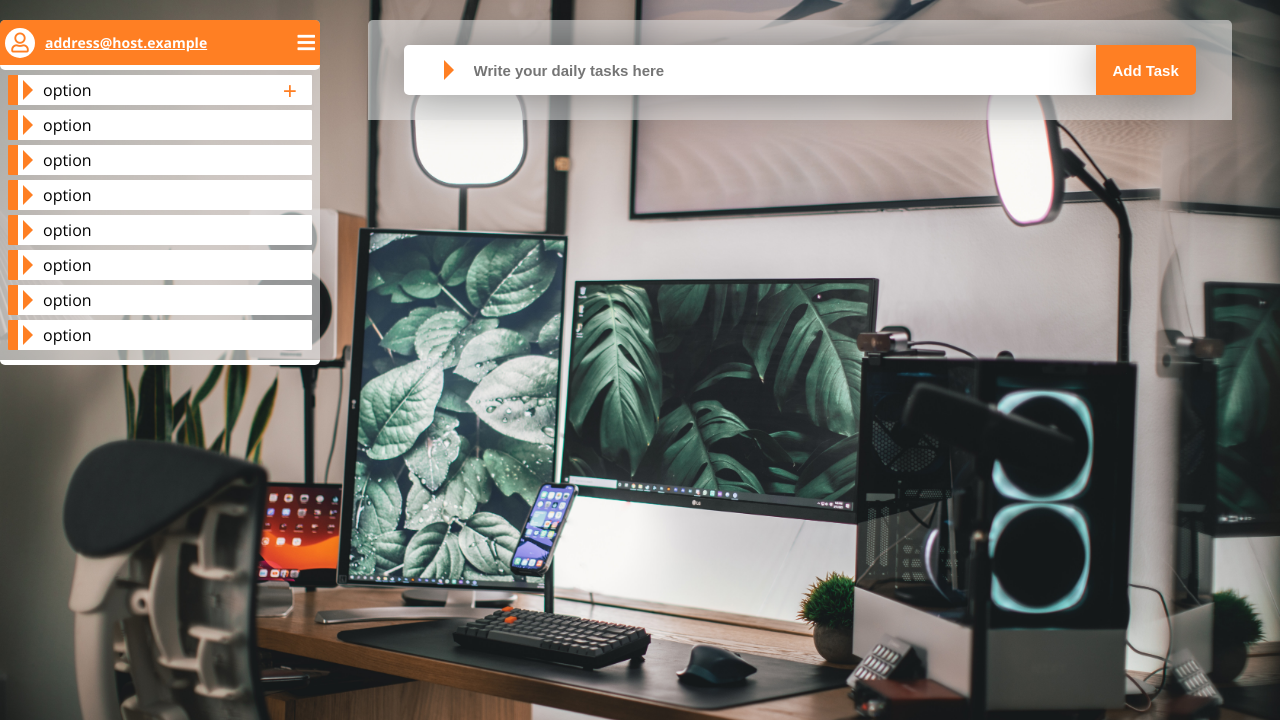
Repository: OmarEssameldinMousa/To-do-list-level01
Page: index.html
An editor plug-in stored every save of this project. The page is shown before and after the next save, followed by the edit.
The browser window is 1280 px wide. The pictures show the whole page.

Above is the page before, as saved 2023-08-10 00:28:02.

### index.html
<!DOCTYPE html>
<html lang="en">

<head>
    <meta charset="UTF-8">
    <meta name="viewport" content="width=device-width, initial-scale=1.0">
    <title>ToDo</title>
    <link rel="stylesheet" href="main.css">
    <link rel="preconnect" href="https://fonts.gstatic.com" />
    <link rel="stylesheet" href="css/all.min.css">
    <link href="https://fonts.googleapis.com/css2?family=Open+Sans:wght@400;700&display=swap" rel="stylesheet" />
</head>

<body>
    <div class="dashboard">
        <div class="nav">
            <div class="navigation">
                <div class="profile">
                    <div class="profile-pic">
                        <i class="fa-regular fa-user"></i>
                    </div>
                    <h3>address@host.example</h3>
                    <i class="fa-solid fa-bars" style="color: #ffffff;"></i>
                    <!-- <i class="fa-solid fa-bars second" style="color: #ffffff;"></i> -->
                    <!-- <i class="fa-solid fa-arrow-right" style="color: #ffffff;"></i>
                    <i class="fa-solid fa-arrow-left" style="color: #ffffff;"></i> -->
                </div>
                <ul>
                    <li>
                        <span class="toggle"></span>
                        <span class="title">option</span>
                        <i class="fa-solid fa-plus"></i>
                    </li>
                    <li>
                        <span class="toggle"></span>
                        <span class="title">option</span>
                    </li>
                    <li>
                        <span class="toggle"></span>
                        <span class="title">option</span>
                    </li>
                    <li>
                        <span class="toggle"></span>
                        <span class="title">option</span>
                    </li>
                    <li>
                        <span class="toggle"></span>
                        <span class="title">option</span>
                    </li>
                    <li>
                        <span class="toggle"></span>
                        <span class="title">option</span>
                    </li>
                    <li>
                        <span class="toggle"></span>
                        <span class="title">option</span>
                    </li>
                    <li>
                        <span class="toggle"></span>
                        <span class="title">option</span>
                    </li>
                </ul>
            </div>
        </div>
        <div class="workstation">
            <div class="container">
                <div class="form">
                    <div>
                        <span></span>
                        <input type="text" class="input" placeholder="Write your daily tasks here">
                    </div>
                    <input type="submit" class="add" value="Add Task">
                </div>
                <!-- separator -->
                <div class="tasks">
                    <div class="tasks-numbers">

                    </div>
                    <div class="tasks-container">

                    </div>
                </div>
            </div>
        </div>
    </div>
    <script src="main.js"></script>
</body>

</html>

### main.css
:root {
    --main-color: rgba(235, 235, 235, 0.6);
    --secondery-color: #ff7f23;
}

* {
    -webkit-box-sizing: border-box;
    -moz-box-sizing: border-box;
    box-sizing: border-box;
    padding: 0;
    margin: 0;
}

body {
    font-family: "Open Sans", sans-serif;
    background-image: url(backgroundimage.jpg);
    background-repeat: no-repeat;
    background-size: cover;
    position: relative;
    height: 100%;
}


ul {
    list-style: none;
}


.dashboard {
    display: flex;
    height: 100%;
    width: 100%;
    column-gap: 0px;
}

.nav {
    width: 25%;
    height: 100%;
    position: relative;
    margin-top: 20px;
    border-radius: 5px;
}

.nav .navigation {
    height: 100%;
    width: 100%;
    background: var(--main-color);
    border-radius: 5px;
    border-bottom: 5px solid white;
}

.nav .navigation .profile {
    width: 100%;
    height: 50px;
    background-color: var(--secondery-color);
    display: flex;
    align-items: center;
    border-bottom: 5px solid white;
    border-radius: 5px;
}

.nav .navigation .profile .profile-pic {
    border-radius: 50%;
    background-color: white;
    height: 30px;
    width: 30px;
    display: flex;
    align-items: center;
    justify-content: center;
    margin-left: 5px;
}

.nav .navigation .profile i {
    font-size: 20px;
    color: var(--secondery-color);
}

.nav .navigation .profile h3 {
    font-size: 14px;
    padding-left: 10px;
    text-decoration: underline;
    color: white;
}

.nav .navigation ul {
    width: 95%;
    margin: auto;
    margin-top: 5px;
    padding-bottom: 5px;
    position: relative;
    top: -100%;
    transition: display 0.3s ease-in-out;
}

.nav .navigation ul li {
    padding: 5px;
    height: 30px;
    background-color: white;
    margin-bottom: 5px;
    border-radius: 1px;
    border-left: 10px solid #ff7f23;
    display: flex;
    align-items: center;
    transition: 0.3s;
}


.nav .navigation ul li:hover .toggle {
    padding-left: 10px;
}

.fa-solid.fa-plus {
    position: absolute;
    right: 15px;
    font-size: 25px;
    color: #ff7f23;
    font-weight: bold;
}

li .toggle {
    border: 10px solid var(--secondery-color);
    border-color: transparent transparent transparent #ff7f23;
    transition: 0.3s;
}

.workstation {
    height: 100%;
    position: relative;
    flex: 1;
}

.container {
    width: 100%;
    min-height: 50px;
    background-color: transparent;
    z-index: 1;
    position: absolute;
}

.container .form {
    width: 90%;
    height: 100px;
    background-color: var(--main-color);
    margin: 20px auto;
    border-top-right-radius: 5px;
    border-top-left-radius: 5px;
    text-align: center;
    position: relative;
    display: flex;
    justify-content: center;
    align-items: center;
}

.container .tasks {
    width: 90%;
    background-color: var(--main-color);
    margin: 20px auto;
    display: flex;
    border-bottom-left-radius: 5px;
    border-bottom-right-radius: 5px;
}

.container .form .input,
.container .form .add {
    display: block;
    height: 50px;
}

.container .form div {
    width: 80%;
    border-bottom-left-radius: 5px;
    border-top-left-radius: 5px;
    border: 0px solid;
    box-shadow: -5px 0 50px 0px #00000073;
    background-color: white;
    display: flex;
    justify-content: flex-end;
    align-items: center;
}

.container .form div span {
    border: 10px solid #ff7f23;
    border-color: transparent transparent transparent #ff7f23;
    margin-right: 10px;
}

.container .form div .input {
    outline: 0;
    font-size: 15px;
    border: 0px solid;
    font-weight: bold;
    width: 90%;
}

.container .form .add {
    width: 100px;
    border: 0px solid;
    background-color: #ff7f23;
    color: white;
    font-weight: bold;
    font-size: 15px;
    border-bottom-right-radius: 5px;
    border-top-right-radius: 5px;
    box-shadow: 5px 0 50px 0px #00000073;
}

.container .tasks .tasks-container {
    width: 80%;
    display: flex;
    flex-direction: column;
    align-items: center;
    align-content: center;
    flex: 1;
}

.container .tasks .tasks-container .task {
    width: 80%;
    height: 50px;
    border-radius: 5px;
    border: 0px solid;
    box-shadow: -5px 0 50px 0px #00000073;
    background-color: white;
    margin: 10px 0;
    position: relative;
    display: flex;
    align-items: center;
}

.container .tasks .tasks-container .task i {
    margin-left: 10px;
    margin-right: 10px;
    color: var(--secondery-color);
}


.container .tasks .tasks-container .task::after {
    content: "";
    width: 10%;
    height: 100%;
    background-color: #ff7f23;
    position: absolute;
    top: 0;
    left: 90%;
    z-index: 0;
    border-top-right-radius: 5px;
    border-bottom-right-radius: 5px;
}

.container .tasks .tasks-container .task i:first-of-type {
    position: absolute;
    right: 4%;
    top: 50%;
    transform: translateY(-50%);
    color: white;
    z-index: 1;
    font-size: 20px;
}

.container .tasks .tasks-container .task i:last-of-type {
    position: absolute;
    right: 0%;
    top: 50%;
    transform: translateY(-50%);
    color: white;
    z-index: 1;
    font-size: 20px;
}

.container .tasks .tasks-numbers {
    width: 50px;
    display: flex;
    align-items: center;
    flex-direction: column;
}


.tasks-numbers .repated-line-circle {
    width: 2px;
    height: 70px;
}

.tasks-numbers .line-circle {
    display: flex;
    flex-direction: column;
    width: 100%;
    height: 100%;
    justify-content: space-between;
    align-items: center;
}

.tasks-numbers .line-circle .upper-line {
    width: 100%;
    height: 40%;
    background-color: white;
}

.tasks-numbers .line-circle .circle {
    font-family: 'VT323', monospace;
    width: 20px;
    height: 20px;
    background-color: #ff7f23;
    border-radius: 50%;
    text-align: center;
    position: relative;
    transition: 0.3s;
    animation: gradient-animation 5s infinite alternate;
    border: 1px solid white;
}


.tasks-numbers .line-circle .circle p {
    position: absolute;
    left: 50%;
    top: 50%;
    transform: translate(-50%, -50%);
    font-size: 14px;
    color: white;
}

.line-circle .circle p a {
    text-decoration: none;
}

.tasks-numbers .line-circle .lower-line {
    width: 2px;
    height: 40%;
    background-color: white;
}

.nav .navigation .profile i.fa-solid.fa-bars {
    position: absolute;
    right: 5px;
}


@media (max-width: 767px) {
    body {
        background-image: none;
    }

    .dashboard {
        flex-direction: column;
    }

    .nav {
        width: 100% !important;
        height: 50px;
        z-index: 2;
    }

    .navigation {
        width: 100%;
        position: absolute;
        background-color: #ff7f23;
    }

    .nav .navigation ul {
        width: 100%;
        display: none;
    }

    .nav .navigation ul li {
        border: none;
        margin: 0;
    }

    .navigation .footer {
        display: none;
    }

    .nav .navigation .profile i.fa-solid.fa-bars {
        display: inline-block;
    }

    .nav .navigation .profile i.fa-solid.fa-bars.second {
        display: none;
    }
}

/* Small */
@media (min-width: 768px) {}

/* Medium */
@media (min-width: 992px) {}

/* Large */
@media (min-width: 1200px) {}

### main.js
let counter = 1;
let counterarray = [];
let tasksDiv = document.querySelector(".tasks-container");
let tasksnumbersDiv = document.querySelector(".tasks-numbers");
let inputbox = document.querySelector(".input");
let inputboxValue = inputbox.value;
let inputbtn = document.querySelector(".add");
let idtentity = 0;
let list = [];
let menu_bars = document.querySelector("i.fa-solid.fa-bars")
let optionsul = document.querySelector(".nav .navigation ul")
let menu_bars2 = document.querySelector("i.fa-solid.fa-bars.second")
let navdiv = document.querySelector(".nav")

function createTaskDiv_NumberDiv() {
    if (inputbox.value != "") {
        let inputbox = document.querySelector(".input");
        let inputboxValue = inputbox.value;
        counterarray.push(counter);
        // craeting task divs
        let taskDiv = document.createElement("div");
        taskDiv.className = "task";
        let i1 = document.createElement("i");
        i1.className = "fa-regular fa-square-check";
        let i2 = document.createElement("i");
        i2.className = "fa-solid fa-clock";
        let i3 = document.createElement("i");
        i3.className = "fa-regular fa-trash-can";
        i3.setAttribute("index", counterarray.length - 1);
        let tasktitle = document.createElement("h4");
        tasktitle.innerHTML = inputboxValue;
        // nesting all childs under each parent
        tasksDiv.appendChild(taskDiv);
        taskDiv.appendChild(i1);
        taskDiv.appendChild(i2);
        taskDiv.appendChild(i3);
        taskDiv.appendChild(tasktitle);
        //creating the numbering divs
        let repatedlinecircleDiv = document.createElement("div");
        repatedlinecircleDiv.className = "repated-line-circle";
        let linecirclediv = document.createElement("div");
        linecirclediv.className = "line-circle";
        let upperlinediv = document.createElement("div");
        upperlinediv.className = "upper-line";
        let circlediv = document.createElement("div");
        circlediv.className = "circle";
        let circleparacontent = document.createElement("p");
        circleparacontent.innerHTML = `${counterarray.length}`;
        let lowerlinediv = document.createElement("div");
        lowerlinediv.className = "lower-line";
        //nesting all childs under each parent
        tasksnumbersDiv.appendChild(repatedlinecircleDiv);
        repatedlinecircleDiv.appendChild(linecirclediv);
        linecirclediv.appendChild(upperlinediv);
        linecirclediv.appendChild(circlediv);
        circlediv.appendChild(circleparacontent);
        linecirclediv.appendChild(lowerlinediv);
        // after adjustments
        list.push({ "id": idtentity, "title": inputbox.value, });
        window.localStorage.setItem("tasks", JSON.stringify(list));
        inputbox.value = "";
        counter++;
        idtentity++;
        inputbox.focus();
    }
}

inputbtn.addEventListener("click", createTaskDiv_NumberDiv);

document.addEventListener("click", function (e) {
    if (e.target.className === "fa-regular fa-trash-can") {
        let n = 1;
        // deleting from BOM - local storage
        let storedTasks = JSON.parse(window.localStorage.getItem("tasks"))
        storedTasks.filter(a => a.id != e.index);
        list = storedTasks;
        window.localStorage.clear()
        window.localStorage.setItem("tasks", JSON.stringify(storedTasks));
        // deleting from the DOM
        e.target.parentElement.parentElement.previousElementSibling.lastChild.remove();
        counterarray.pop();
        counter--;
        e.target.parentElement.remove();
        document.querySelectorAll(".circle p").forEach(element => {
            element.innerHTML = n;
            n++;
        });
    }
})

// menu_bars.addEventListener("click", function () {
//     if (optionsul.style.display == "block") {
//         optionsul.style.display = "none"
//     } else {
//         optionsul.style.display = "block"
//     }
// })
// menu_bars.addEventListener("click", function () {
//     if (optionsul.style.display == "block") {
//         optionsul.style.display = "none";
//     } else {
//         optionsul.style.display = "block";
//     }
// });

Loaded but not shown: css/all.min.css (library)

After the next save:
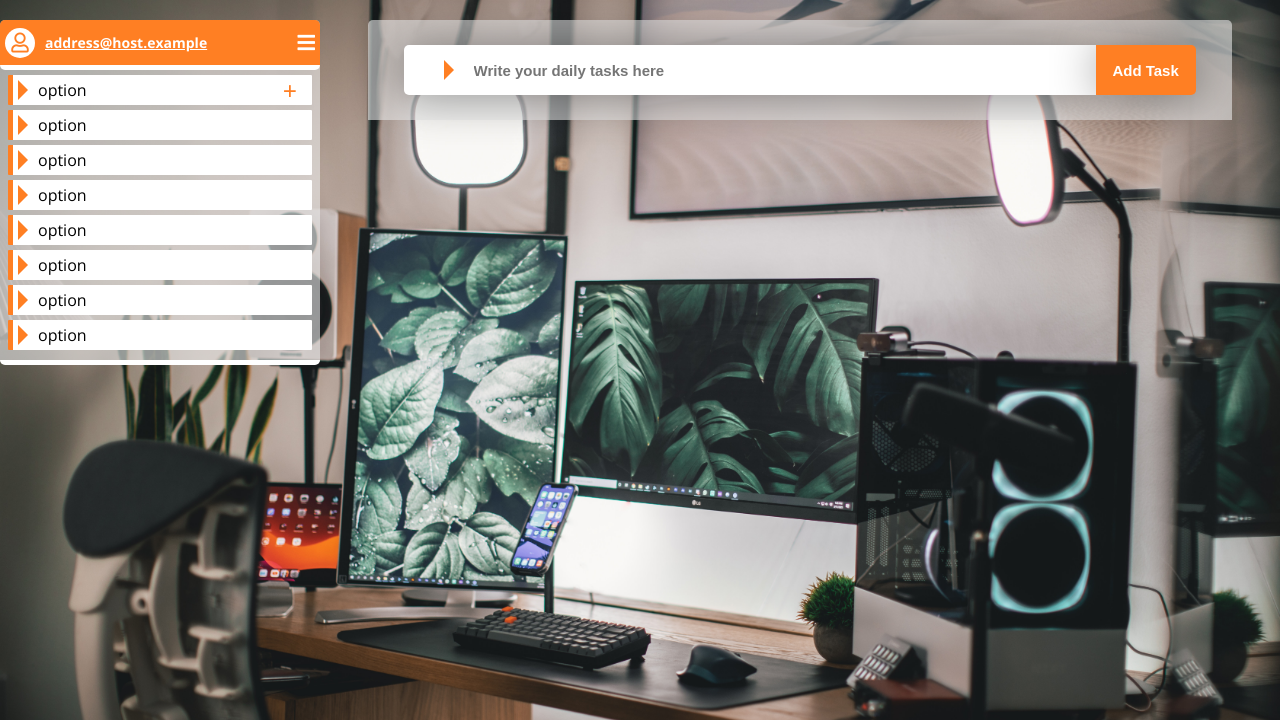
Saved 27 s later.
--- a/main.css
+++ b/main.css
@@ -98,7 +98,7 @@ ul {
     background-color: white;
     margin-bottom: 5px;
     border-radius: 1px;
-    border-left: 10px solid #ff7f23;
+    border-left: 5px solid #ff7f23;
     display: flex;
     align-items: center;
     transition: 0.3s;
